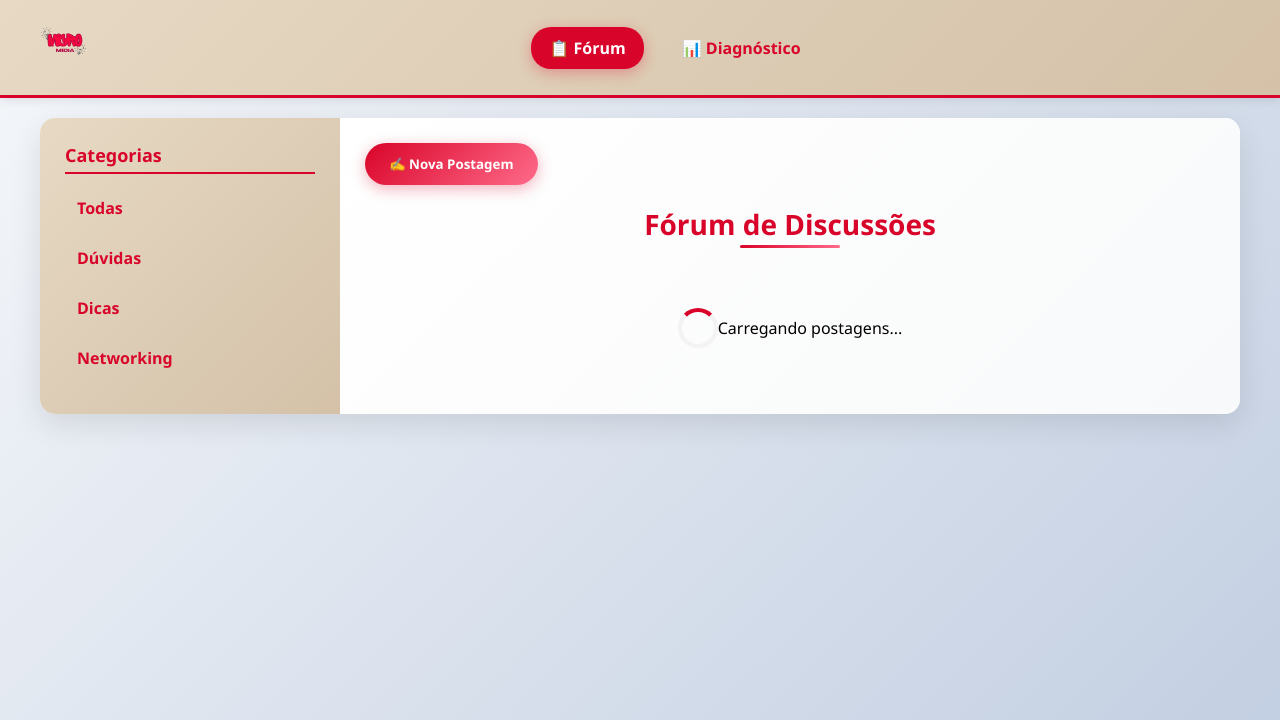
Repository: annaluizapm/MicroMidia
Page: front/HTML/forum.html
The author's editor kept a copy of each file at every save. The page is drawn from the files as they stood at one save, then again after the next save.
The browser window is 1280 px wide. The pictures show the whole page.
The page's requests for data from a server got no answer.

Above is the page before, as saved 2025-08-16 00:24:58.

After the next save:
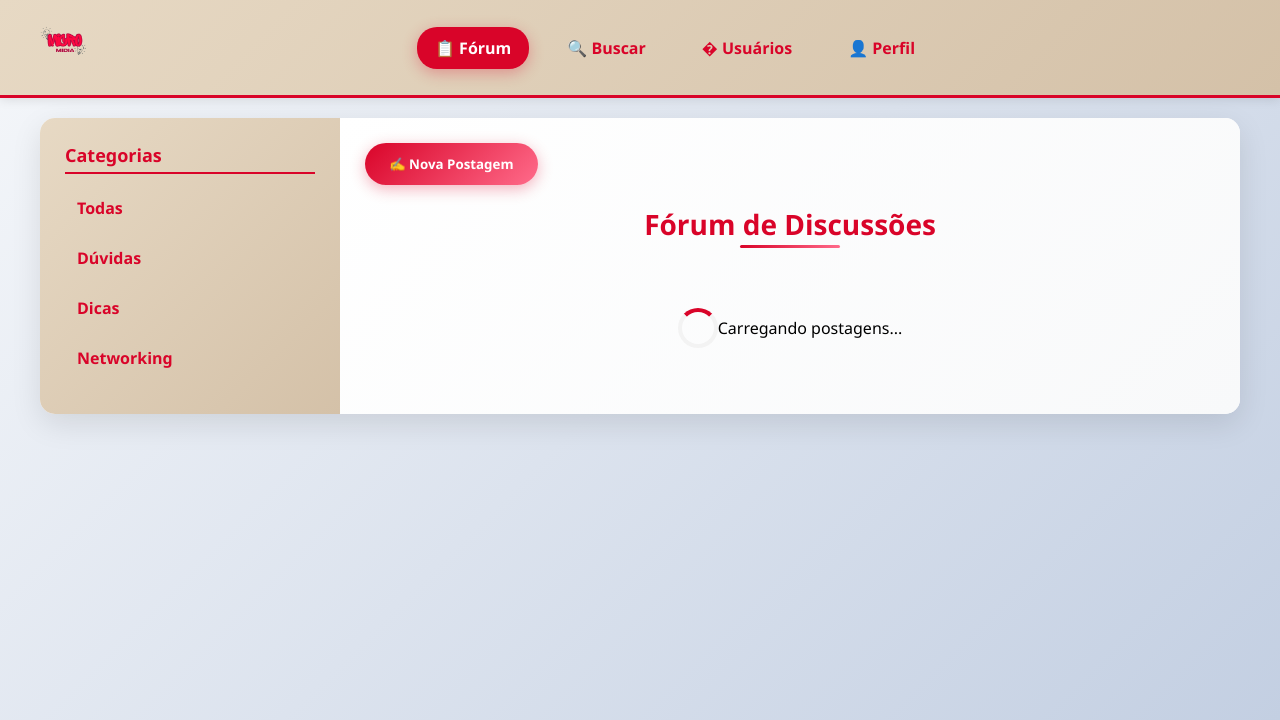
Saved 10 s later.
--- a/front/HTML/forum.html
+++ b/front/HTML/forum.html
@@ -193,7 +193,9 @@
         </div>
         <nav class="navigation">
             <a href="forum.html" class="nav-link active">📋 Fórum</a>
-            <a href="formulario.html" class="nav-link">📊 Diagnóstico</a>
+            <a href="busca.html" class="nav-link">🔍 Buscar</a>
+            <a href="usuarios.html" class="nav-link">� Usuários</a>
+            <a href="perfil.html" class="nav-link">👤 Perfil</a>
         </nav>
         <div class="user-info">
             <span class="user-name"></span>
